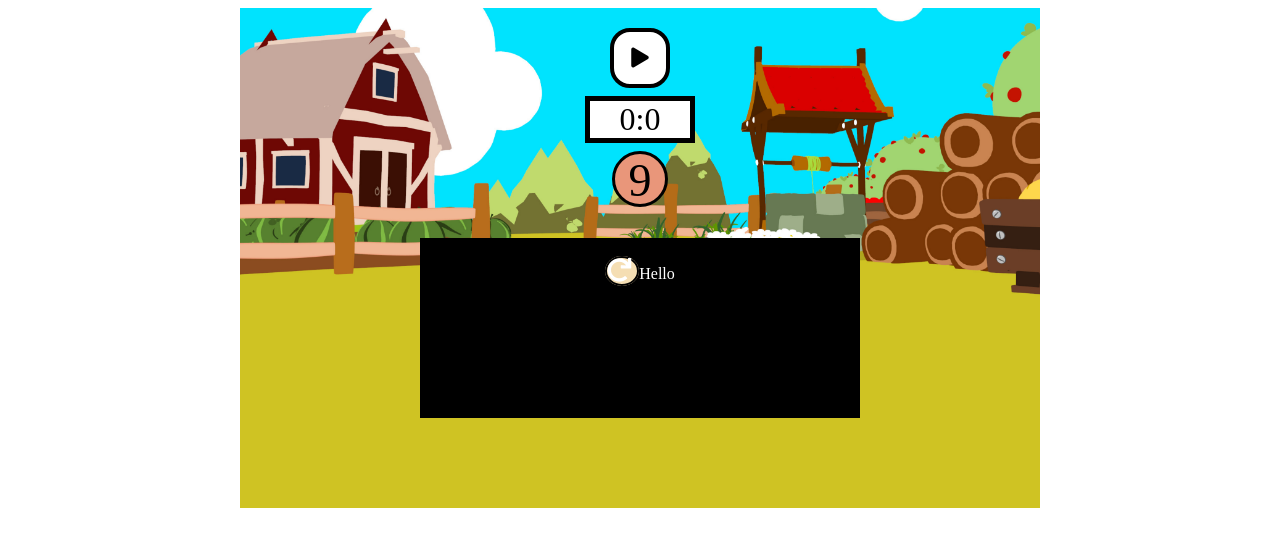
Repository: DevMinwoo-Jung/JavaScript101
Page: WebApIs/carrotClone/index.html
The author's editor kept a copy of each file at every save. The page is drawn from the files as they stood at one save, then again after the next save.
The browser window is 1280 px wide. The pictures show the whole page.

Above is the page before, as saved 2021-06-22 14:50:35.

### WebApIs/carrotClone/index.html
<!DOCTYPE html>
<html lang="en">
<head>
  <meta charset="UTF-8">
  <meta http-equiv="X-UA-Compatible" content="IE=edge">
  <meta name="viewport" content="width=device-width, initial-scale=1.0">
  <link rel="stylesheet" href="style.css">
  <script src="main.js"></script>
  <link rel="stylesheet" href="https://use.fontawesome.com/releases/v5.15.3/css/all.css" integrity="sha384-SZXxX4whJ79/gErwcOYf+zWLeJdY/qpuqC4cAa9rOGUstPomtqpuNWT9wdPEn2fk" crossorigin="anonymous">
  <title>Fun game</title>
</head>
<body>
  <section class="game">
    <header class="game__header">
      <button class="game__button">
        <i class="fas fa-play"></i>
        <!-- <i class="fas fa-stop"></i> -->
      </button>
        <span class="game__timer">0:0</span>
        <span class="game__score">9</span>
    </header>
    <section class="game__field"></section>
  </section>
  <section class="pop-up">
    <buttno class="pop-up__refresh">
      <i class="fas fa-redo"></i>
    </buttno>
    <span class="pop-up__message">Hello</span>
  </section>
</body>
</html>

### WebApIs/carrotClone/style.css
body {
  text-align: center;
}
.game {
  display: flex;
  flex-direction: column;
  width: 800px;
  height: 500px;
  background: url(img/background.png) center/cover;
  margin: auto;
}

button {
  border: none;
  outline: none;
  cursor: pointer;
}
.game__header {
  display: flex;
  flex-direction: column;
  align-items: center;
  padding: 20px;
}

.game__button {
  width: 60px;
  height: 60px;
  background-color: white;
  border: 4px solid black;
  font-size: 20px;
  transition: transfrom 300ms ease-in;
  border-radius: 20px;
}

.game__button:hover {
  transform: scale(1.1);
}

.game__timer {
  width: 100px;
  background-color: white;
  text-align: center;
  border: 5px solid black;
  font-size: 32px;
  margin-top: 8px;
}

.game__score {
  width: 50px;
  height: 50px;
  font-size: 46px;
  border: 3px solid black;
  background-color: darksalmon;
  border-radius: 50%;
  text-align: center;
  margin-top: 8px;
}

.game__field {
  background-color: blue;
  width: 100%px;
  margin-top: 40px;
  opacity: 0.4;
}

.pop-up {
  width: 400px;
  height: 140px;
  padding: 20px;
  background-color: black;
  color: white;
  text-align: center;
  margin: auto;
  transform: translateY(-150%);
}

.pop-up__refresh {
  width: 60px;
  height: 60px;
  font-size: 24px;
  background-color: wheat;
  border: 2px solid black;
  border-radius: 50%;
}

.pop-up__mesage {
  display: block;
  font-size: 38px;
}

Loaded but not shown: WebApIs/carrotClone/main.js (no stored copy; drawn as an empty file)

After the next save:
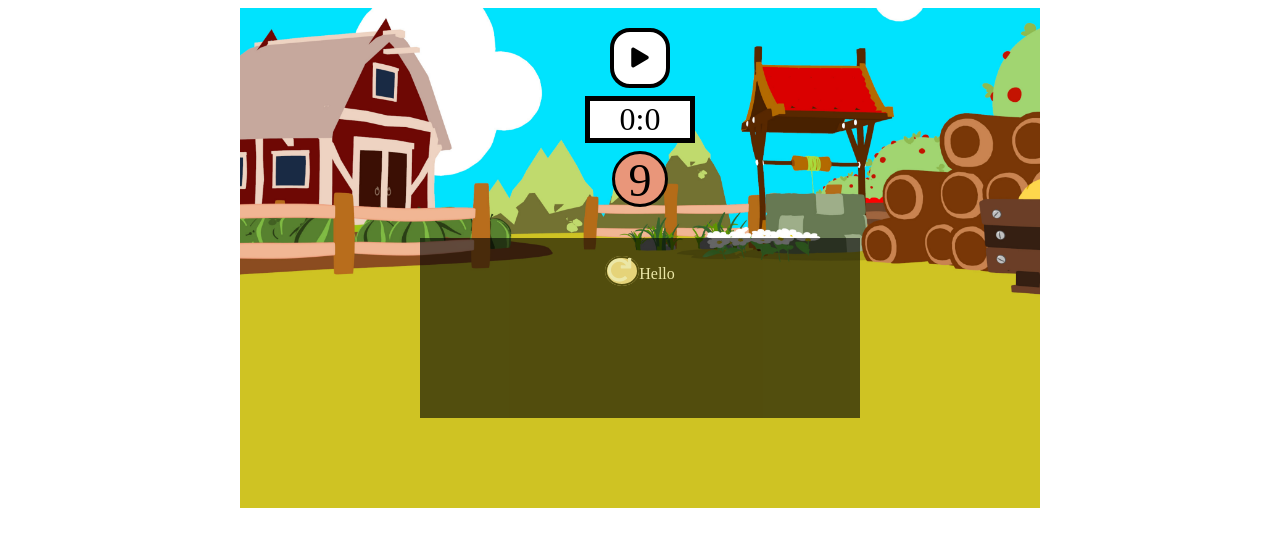
Saved 23 s later.
--- a/WebApIs/carrotClone/style.css
+++ b/WebApIs/carrotClone/style.css
@@ -68,6 +68,7 @@ button {
   height: 140px;
   padding: 20px;
   background-color: black;
+  opacity: 0.6;
   color: white;
   text-align: center;
   margin: auto;
